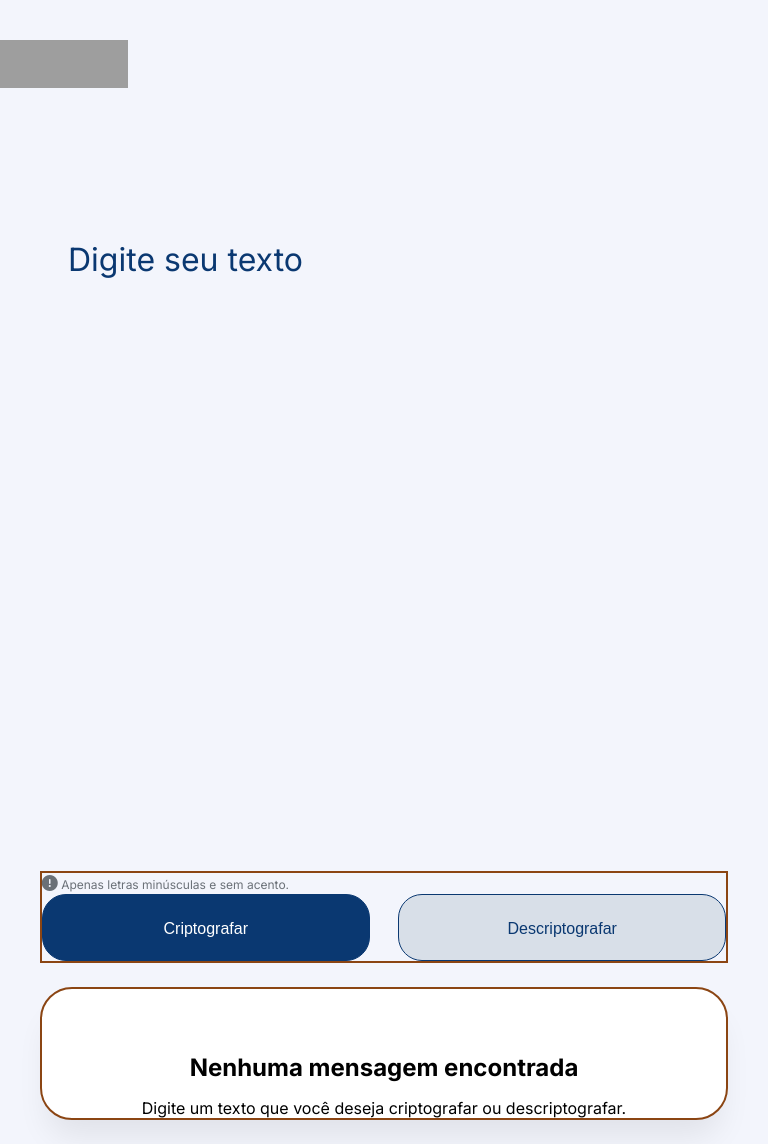
Repository: CarlosEduardoVdeOliveira/descodificador-de-texto
Page: index.html
These files come from the project's save history. The page is drawn as it stood at one moment and after the next save; the edit follows.
The browser window is 768 px wide. The pictures show the whole page.
Pictures or frames that could not be fetched are drawn as grey boxes.

Above is the page before, as saved 2023-04-13 08:28:34.

### index.html
<!DOCTYPE html>
<html lang="en">
<head>
   <meta charset="UTF-8">
   <link rel="preconnect" href="https://fonts.googleapis.com">
   <link rel="preconnect" href="https://fonts.gstatic.com" crossorigin>
   <meta http-equiv="X-UA-Compatible" content="IE=edge">
   <meta name="viewport" content="width=device-width, initial-scale=1.0">
   <link href="https://fonts.googleapis.com/css2?family=Inter:wght@400;700&display=swap" rel="stylesheet">
   <link rel="stylesheet" href="https://cdnjs.cloudflare.com/ajax/libs/font-awesome/6.4.0/css/all.min.css" integrity="sha512-iecdLmaskl7CVkqkXNQ/ZH/XLlvWZOJyj7Yy7tcenmpD1ypASozpmT/E0iPtmFIB46ZmdtAc9eNBvH0H/ZpiBw==" crossorigin="anonymous" referrerpolicy="no-referrer" />
   <link rel="stylesheet" href="/public/styles/reset.css">
   <link rel="stylesheet" href="/public/styles/index.css">
   <link rel="stylesheet" href="/public/styles/tablet.css">
   <title>Decodificador</title>
</head>
<body>
   <main>
      <img src="/public/images/imageLogo.png"
         alt="letra a da logo da escola de programação Alura">
      <div class="frist-area">
         <textarea class="textarea-input" placeholder="Digite seu texto" autofocus></textarea>
         <div class="info">
            <span>
               <i class="fa-solid fa-circle-exclamation"></i>
               Apenas letras minúsculas e sem acento.
            </span>
            <div>
               <button class="button-cryptography">Criptografar</button>
               <button class="button-decryption">Descriptografar</button>
            </div>
         </div>
      </div>
      <div class="text-cryption">
         <img src="/public/images/imageHighLight.svg" alt="">
         <div>
            <h2>Nenhuma mensagem encontrada</h2>
            <p>
               Digite um texto que você deseja criptografar ou descriptografar.
            </p>
         </div>
      </div>
   </main>
   <script src="/public/scripts/index.js"></script>
</body>
</html>

### public/styles/reset.css
:root{
   --light-gray: #D8DFE8;
   --gray-100: #CED4DA;
   --gray-200: #ADB5BD;
   --gray-300: #868E96;
   --gray-400: #495057;
   --gray-500: #343A40;
   --light-blue-100: #F3F5FC;
   --light-blue-200: #EFF1FA;
   --light-blue-300: #E9ECF8;
   --light-blue-400: #AAB2D5;
   --light-blue-500: #757FB2;
   --dark-blue-100: #609ED4;
   --dark-blue-200: #356EA9;
   --dark-blue-300: #0A3871;
   --dark-blue-400: #072B61;
   --dark-blue-500: #052051;
}
*{
   margin: 0;
   padding: 0;
   box-sizing: border-box;
}

html{
   font-family:  'Inter', sans-serif;
   font-size: 1rem;
}

### public/styles/index.css
/* header{
   width: 100%;
   height: 2.5rem;
} */
body{
   background-color: var(--light-blue-100);
}
img{
   width: 8rem;
   height: 3rem;
   margin-top: 2.5rem;
}
main {
   display: flex;
   justify-content: space-around;
   align-items: self-start;
   margin: 0 auto;
}
.frist-area{
   display: flex;
   flex-direction: column;
   margin-top: 7.5rem;
}
textarea.textarea-input{
   width: 42.5rem;
   height: 39.68rem;
   font-family: 'Inter';
   font-size: 32px;
   line-height: 150%;
   background-color: var(--light-blue-100);
   color: var(--dark-blue-300);
   border: none;
   resize: none;
   margin-bottom: 1.5rem;
   padding: 1.5rem;
}
textarea.textarea-input:focus{
   outline: 0;
}

textarea.textarea-input::placeholder{
   color: var(--dark-blue-300);
}

i{
   color: var(--gray-400);
   font-size: 1rem;
}
span{
   font-size: 12px;
   color: var(--gray-400);
   line-height: 150%;
   opacity: 0.8;
   margin-bottom: 1rem;
}
button{
   padding: 1.5rem;
   gap: .5rem;
   width: 328px;
   height: 67px;
   border-radius: 1.5rem;
   cursor: pointer;
   font-size: 1rem;
   line-height: 19px;
   border: 1px solid var(--dark-blue-300);
   transition: all .2s;
}
.button-cryptography{
   background-color: var(--dark-blue-300);
   color: white;
   margin-right: 1.5rem;
}
.button-cryptography:hover{
   background-color: var(--dark-blue-400);
}
.button-decryption{
   background: var(--light-gray);
   color: var(--dark-blue-300);
}
.button-decryption:hover{
   background-color: var(--light-blue-200);
}
.text-cryption{
   width: 25rem;
   margin: 2.5rem;
   padding: 15.188rem 2rem;
   text-align: center;
   background-color: white;
   /* shadow */
   box-shadow: 0px 24px 32px -8px rgba(0, 0, 0, 0.08);
   border-radius: 32px;
}
.text-cryption img{
   width: 21rem;
   height: 19rem;
}
.text-cryption div{
   display: flex;
   flex-direction: column;

   margin-top: 2rem;
   padding: 0px;
   gap: 16px;
}
.format-text-cryption{
   /* padding: 2rem;
   position: relative; */

}

.button-copy-cryption{
   background-color: white;
}
.button-copy-cryption:hover{
   background-color: var(--light-blue-200);
}

### public/styles/tablet.css
@media (max-width: 768px) {
   main{
      display: block;
   }
   .textarea-input{
      margin: 0 auto;
   }
   .info{
      margin: 0 auto;
      border: 2px solid saddlebrown;
   }
   .text-cryption{
      width: 43rem;
      border: 2px solid saddlebrown;
      height: 8.313rem;
      padding: 2rem;
      margin: 1.5rem auto;
   }
   .text-cryption img{
      display: none;
   }
}

### public/scripts/index.js
const elementTextarea = document.querySelector("textarea.textarea-input");
const areaCryption = document.querySelector(".text-cryption");
const buttonCryptography = document.querySelector(".button-cryptography");
const buttonDecryption = document.querySelector(".button-decryption");


function alterTextCryptionArea(){
   areaCryption.classList.remove('text-cryption')
   areaCryption.innerHTML = `
      <p>${elementTextarea.value}</p>
      <button class="button-copy-cryption">Copiar</button>
   `;
}
/*
function copyText(){
   const text = document.querySelector("format-text-cryption")
   text.select();
   document.execCommand('copy');
} */
/* document.querySelector("button-copy-cryption").onclick = copyText */
buttonCryptography.onclick = alterTextCryptionArea
buttonDecryption.onclick = alterTextCryptionArea

After the next save:
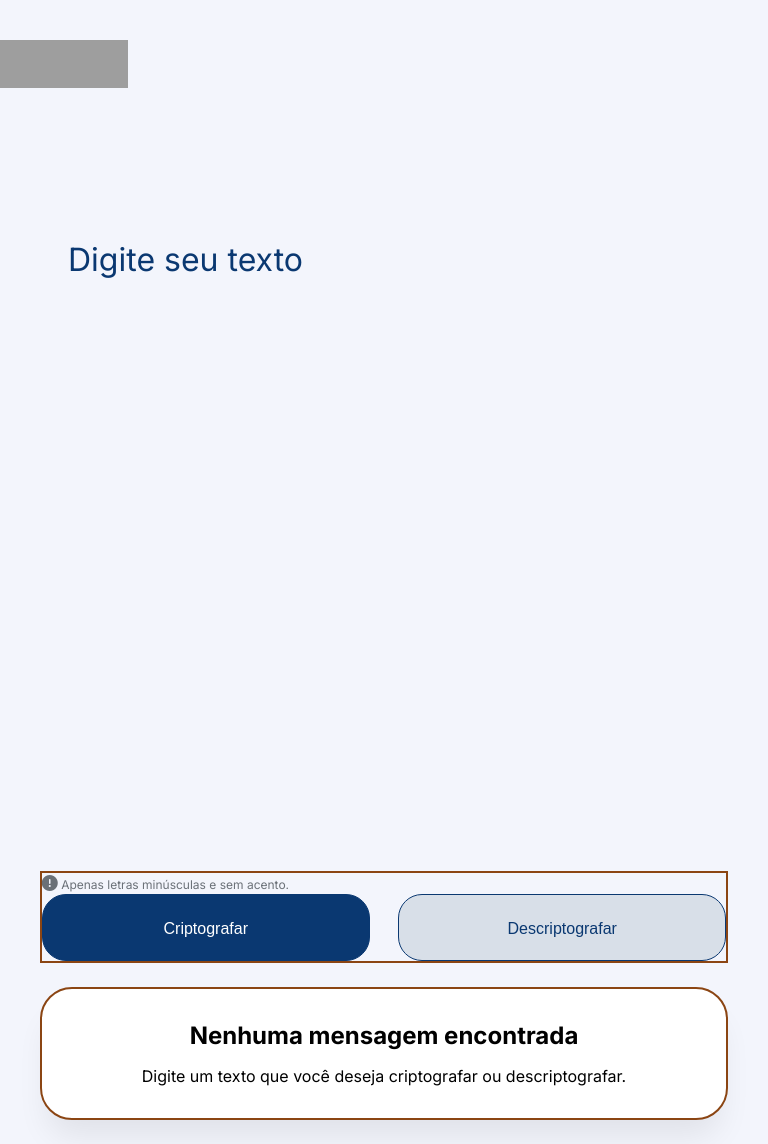
Saved 65 s later.
--- a/public/styles/tablet.css
+++ b/public/styles/tablet.css
@@ -13,7 +13,7 @@
       width: 43rem;
       border: 2px solid saddlebrown;
       height: 8.313rem;
-      padding: 2rem;
+      padding: 0;
       margin: 1.5rem auto;
    }
    .text-cryption img{
